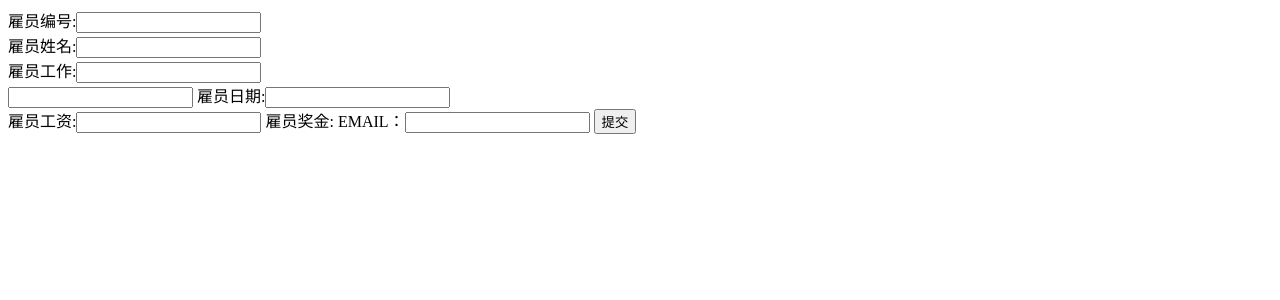
Repository: wikelgc/JSP
Page: http://localhost/ZhuCe/zhuce.jsp
An editor plug-in stored every save of this project. The page is shown before and after the next save, followed by the edit.
The browser window is 1280 px wide. The pictures show the whole page.
The page is served by Tomcat 9.

Above is the page before, as saved 2015-05-31 08:23:19.

After the next save:
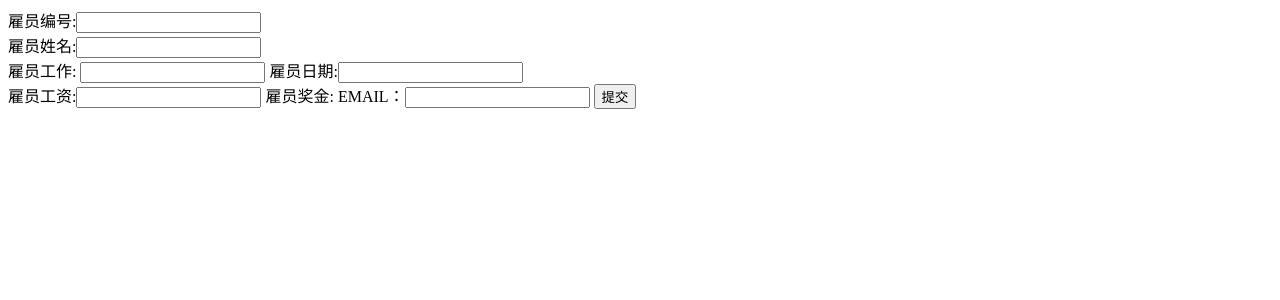
Saved 38 s later.
--- a/ZhuCe/WebRoot/zhuce.jsp
+++ b/ZhuCe/WebRoot/zhuce.jsp
@@ -20,8 +20,7 @@
 	<form action="" method="post" name="myform" onSubmit="return validate(this)">
 		雇员编号:<input type = "text" name = username><br>
 		雇员姓名:<input type = "password" name = userpsw><br>
-		雇员工作:<input type = "text" list = "cars"name = userwork><br>
-		       <input id="myCar" list="cars" />
+		雇员工作: <input id="myCar" list="cars" />
                <datalist id="cars">
 	               <option value="宣传部">
 	               <option value="销售部">
